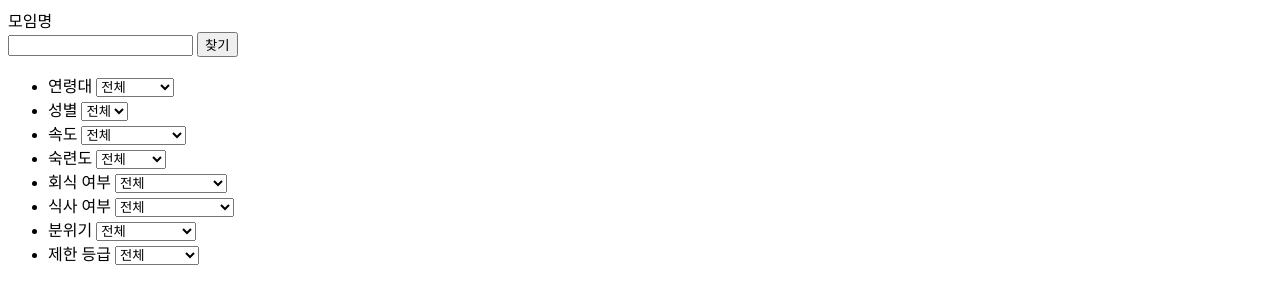
Repository: onpul/TEAM1
Page: http://localhost/Riding/mj/RidingList.jsp
An editor plug-in stored every save of this project. The page is shown before and after the next save, followed by the edit.
The browser window is 1280 px wide. The pictures show the whole page.
The page is served by Tomcat 9. Other server files are loaded and not shown.

Above is the page before, as saved 2022-06-04 10:21:54.

### Riding/WebContent/mj/RidingList.jsp
<%@ page contentType="text/html; charset=UTF-8"%>
<%
	request.setCharacterEncoding("UTF-8");
	String cp = request.getContextPath();
%>
<!DOCTYPE html>
<html>
<head>
<meta charset="UTF-8">
<title>Insert title here</title>
</head>
<body>
<div>
	<div>모임명</div>
	<input type="text" />
	<input type="button" value="찾기"/>
</div>
<div>
	<ul>
	<li> 연령대
		<select name="" id="">
			<option value="전체">전체</option>
			<option value="10대">10대</option>
			<option value="20대">20대</option>
			<option value="30대">30대</option>
			<option value="40대">40대</option>
			<option value="50대">50대</option>
			<option value="60대">60대 이상</option>
		</select>
	</li>
	<li> 성별
		<select name="" id="">
			<option value="전체">전체</option>
			<option value="남성">남성</option>
			<option value="여성">여성</option>
		</select>
	</li>
	<li> 속도
		<select name="" id="">
			<option value="전체">전체</option>
			<option value="20미만">20미만</option>
			<option value="20이상 24미만">20이상 24미만</option>
			<option value="24이상">24이상</option>
		</select>
	</li>
	<li> 숙련도
		<select name="" id="">
			<option value="전체">전체</option>
			<option value="1년 미만">1년 미만</option>
			<option value="1~3년">1~3년</option>
			<option value="3~5년">3~5년</option>
			<option value="6년 이상">6년 이상</option>
		</select>
	</li>
	<li> 회식 여부
		<select name="" id="">
			<option value="전체">전체</option>
			<option value="끝나고 회식해요">끝나고 회식해요</option>
			<option value="끝나고 회식 안 해요">끝나고 안 해요</option>
		</select>
	</li>
	<li> 식사 여부
		<select name="" id="">
			<option value="전체">전체</option>
			<option value="밥 먹고 달려요">밥 먹고 달려요</option>
			<option value="밥 안 먹고 달려요">밥 안 먹고 달려요</option>
		</select>
	</li>
	<li> 분위기
		<select name="" id="">
			<option value="전체">전체</option>
			<option value="침묵이 좋아요">침묵이 좋아요</option>
			<option value="친목이 좋아요">친목이 좋아요</option>
		</select>
	</li>
	<li> 제한 등급
		<select name="" id="">
			<option value="전체">전체</option>
			<option value="다이아전거">다이아전거</option>
			<option value="금전거">금전거</option>
			<option value="은전거">은전거</option>
			<option value="동전거">동전거</option>
			<option value="똘전거">똘전거</option>
		</select>
	</li>
	</ul>
</div>
</body>
</html>

After the next save:
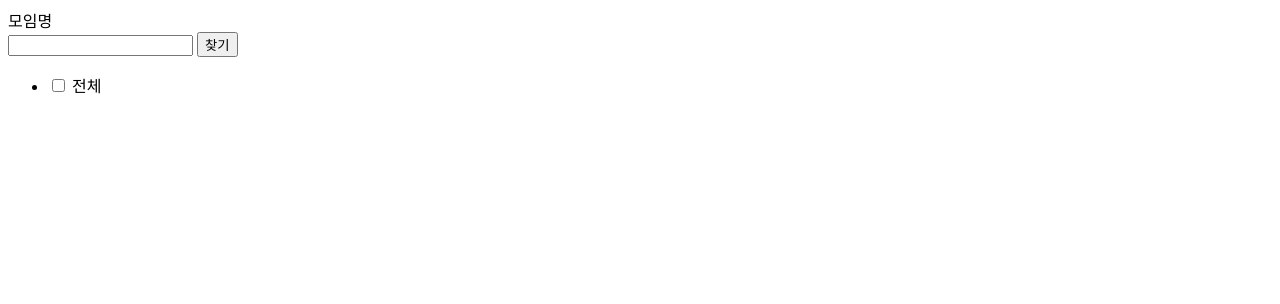
Saved 3 min 29 s later.
--- a/Riding/WebContent/mj/RidingList.jsp
+++ b/Riding/WebContent/mj/RidingList.jsp
@@ -17,72 +17,9 @@
 </div>
 <div>
 	<ul>
-	<li> 연령대
-		<select name="" id="">
-			<option value="전체">전체</option>
-			<option value="10대">10대</option>
-			<option value="20대">20대</option>
-			<option value="30대">30대</option>
-			<option value="40대">40대</option>
-			<option value="50대">50대</option>
-			<option value="60대">60대 이상</option>
-		</select>
-	</li>
-	<li> 성별
-		<select name="" id="">
-			<option value="전체">전체</option>
-			<option value="남성">남성</option>
-			<option value="여성">여성</option>
-		</select>
-	</li>
-	<li> 속도
-		<select name="" id="">
-			<option value="전체">전체</option>
-			<option value="20미만">20미만</option>
-			<option value="20이상 24미만">20이상 24미만</option>
-			<option value="24이상">24이상</option>
-		</select>
-	</li>
-	<li> 숙련도
-		<select name="" id="">
-			<option value="전체">전체</option>
-			<option value="1년 미만">1년 미만</option>
-			<option value="1~3년">1~3년</option>
-			<option value="3~5년">3~5년</option>
-			<option value="6년 이상">6년 이상</option>
-		</select>
-	</li>
-	<li> 회식 여부
-		<select name="" id="">
-			<option value="전체">전체</option>
-			<option value="끝나고 회식해요">끝나고 회식해요</option>
-			<option value="끝나고 회식 안 해요">끝나고 안 해요</option>
-		</select>
-	</li>
-	<li> 식사 여부
-		<select name="" id="">
-			<option value="전체">전체</option>
-			<option value="밥 먹고 달려요">밥 먹고 달려요</option>
-			<option value="밥 안 먹고 달려요">밥 안 먹고 달려요</option>
-		</select>
-	</li>
-	<li> 분위기
-		<select name="" id="">
-			<option value="전체">전체</option>
-			<option value="침묵이 좋아요">침묵이 좋아요</option>
-			<option value="친목이 좋아요">친목이 좋아요</option>
-		</select>
-	</li>
-	<li> 제한 등급
-		<select name="" id="">
-			<option value="전체">전체</option>
-			<option value="다이아전거">다이아전거</option>
-			<option value="금전거">금전거</option>
-			<option value="은전거">은전거</option>
-			<option value="동전거">동전거</option>
-			<option value="똘전거">똘전거</option>
-		</select>
-	</li>
+		<li>
+		<label><input type="checkbox" name="age" value="전체"> 전체</label>
+		</li>
 	</ul>
 </div>
 </body>
